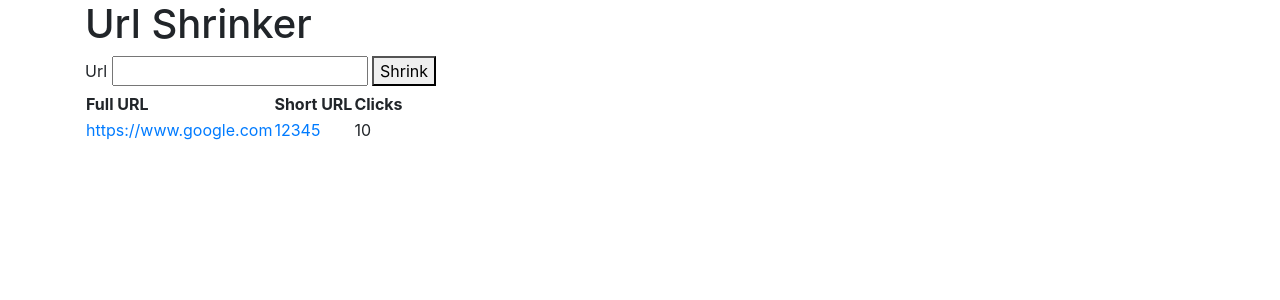
Repository: mohamediyas/urlShorter
Page: http://localhost/
The author's editor kept a copy of each file at every save. The page is drawn from the files as they stood at one save, then again after the next save.
The browser window is 1280 px wide. The pictures show the whole page.
The page is served by the project's Node server (index.js).

Above is the page before, as saved 2022-10-22 13:29:28.

### views/index.ejs
<!DOCTYPE html>
<html lang="en">
  <head>
    <meta charset="UTF-8" />
    <meta http-equiv="X-UA-Compatible" content="IE=edge" />

    <meta name="viewport" content="width=device-width, initial-scale=1.0" />

    <title>Document</title>
    <link
      rel="stylesheet"
      href="https://stackpath.bootstrapcdn.com/bootstrap/4.4.1/css/bootstrap.min.css"
      integrity="sha384-Vkoo8x4CGsO3+Hhxv8T/Q5PaXtkKtu6ug5TOeNV6gBiFeWPGFN9MuhOf23Q9Ifjh"
      crossorigin="anonymous"
    />
  </head>

  <body>
    <div class="container">
      <h1>Url Shrinker</h1>

      <form action="" method="post">
        <label for="fullUrl">Url</label>
        <input type="url" name="fullUrl" id="fullUrl" />
        <button type="submit">Shrink</button>
      </form>

      <table>
        <thead>
          <tr>
            <th>Full URL</th>
            <th>Short URL</th>
            <th>Clicks</th>
          </tr>
        </thead>

        <tbody>
          <tr>
            <td>
              <a href="https://www.google.com">https://www.google.com</a>
            </td>
            <td>
              <a href="/12345">12345</a>
            </td>
            <td>10</td>
          </tr>
        </tbody>
      </table>
    </div>
  </body>
</html>

### index.js
const express = require("express");
const path = require("path");

const app = express();

app.set("view engine", "ejs");
// app.set("views", path.join(__dirname, "views"));

app.get("/", (req, res) => {
  res.render("index");
});

app.listen(process.env.PORT || 5000);

After the next save:
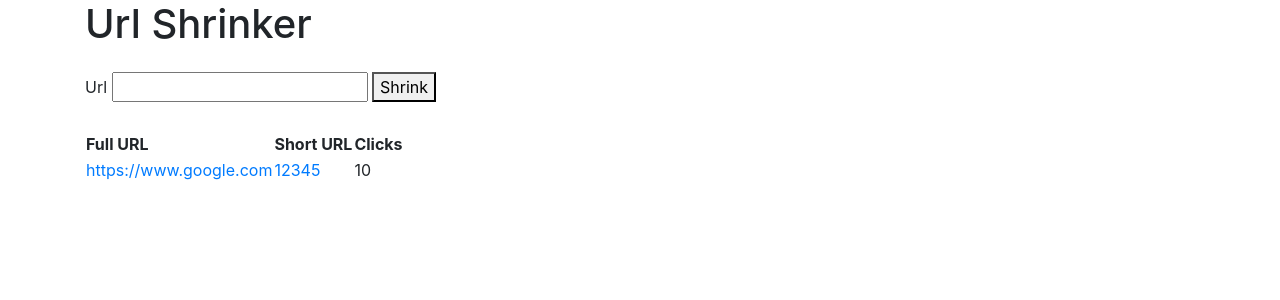
Saved 41 s later.
--- a/views/index.ejs
+++ b/views/index.ejs
@@ -19,7 +19,7 @@
     <div class="container">
       <h1>Url Shrinker</h1>
 
-      <form action="" method="post">
+      <form action="" method="post" class="my-4">
         <label for="fullUrl">Url</label>
         <input type="url" name="fullUrl" id="fullUrl" />
         <button type="submit">Shrink</button>
